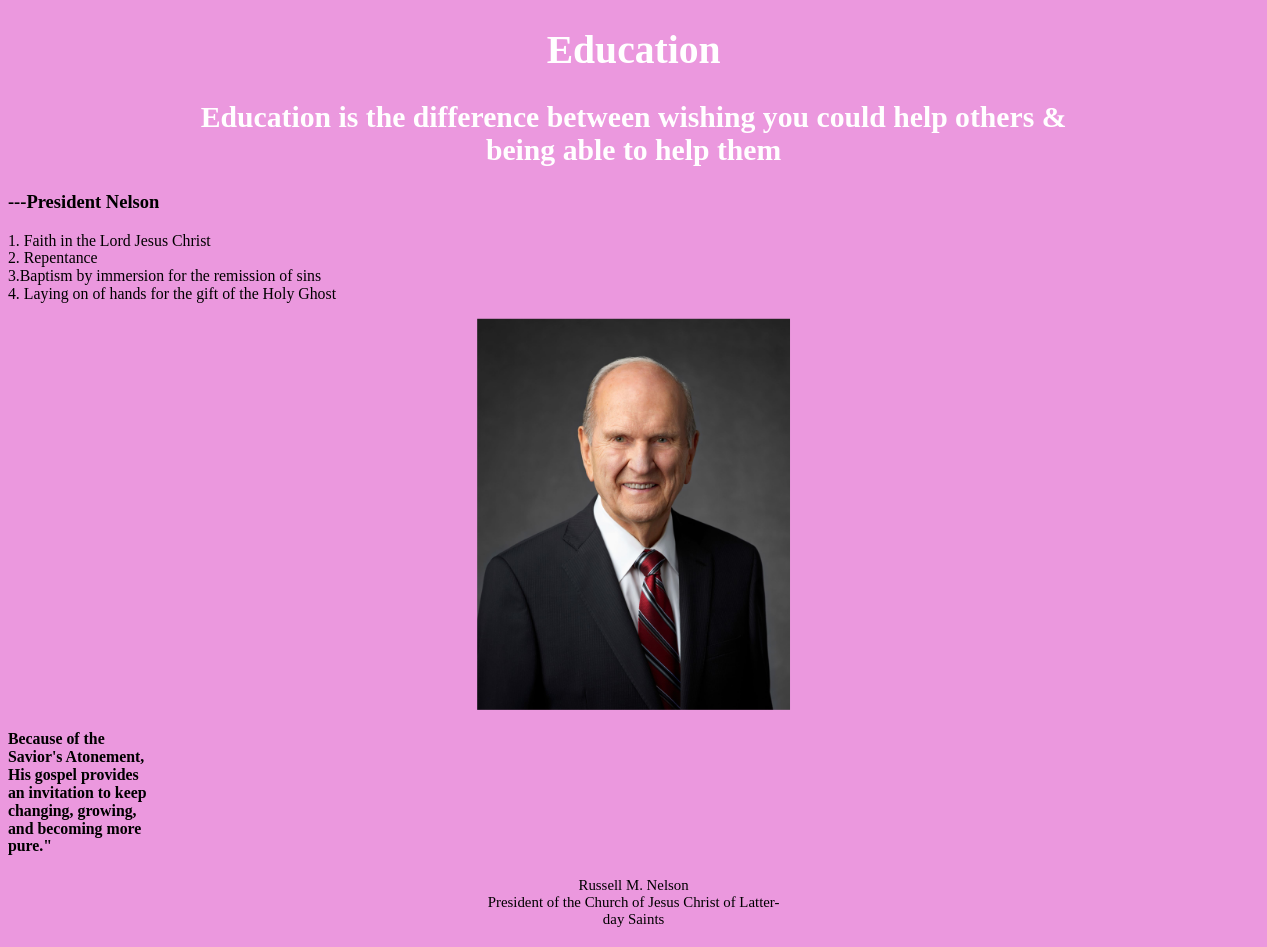
Repository: mszakutumela/wdd130
Page: W04_Challenge/index.html
These files come from the project's save history. The page is drawn as it stood at one moment and after a run of saves; the edit follows.
The browser window is 1280 px wide. The pictures show the whole page, at 99% of full size.

Above is the page before, as saved 2023-06-05 13:01:13.

### W04_Challenge/index.html
<!DOCTYPE html>
<html lang="en">
<head>
    <title>W04 Challenge</title>
    <link rel="stylesheet" href="styles/styles.css" />
</head>
<body>
    <main>
        <h1>Education</h1>
        <h2>Education is the difference between wishing you could help others & <br>
            being able to help them</h2>
        <h3>---President Nelson</h3>
        <p> 1. Faith in the Lord Jesus Christ <br>
            2. Repentance <br>
            3.Baptism by immersion for the remission of sins <br>
            4. Laying on of hands for the gift of the Holy Ghost</p>
        <img alt="Image of President Nelson" src="images/russell_nelson_official_portrait_2018.jpeg">
        <h4>Because of the <br>
            Savior's Atonement, <br>
            His gospel provides <br>
            an invitation to keep <br>
            changing, growing, <br>
            and becoming more <br>
            pure."</h4>
    </main>
    <footer>
        <p>Russell M. Nelson <br>
            President of the Church of Jesus Christ of Latter- <br>
            day Saints</p>
    </footer>

</body>
</html>

### W04_Challenge/styles/styles.css
body {
    /* text-align: center; */
    background-color: rgb(235, 152, 222);
    }
img {
    width: 25%;
    display: block;
    margin: 0 auto;
}
h1 {
    color: white;
    text-align: center;
    font-size: 40px;
    font-family: 'Franklin GArial;
}
p1 {
    color: white;
    text-align: right;
}
p2 {
    color: white;
    text-align: center;
}
p3 {
    color: black;
    /* text-align: center;   */
}
h2 {
    color: white;
    text-align: center;
    font-size: 30px;
}
footer p {
    font-size: 15px;
    margin: 20px auto;
    text-align: center;
}
}

After the next 4 saves:
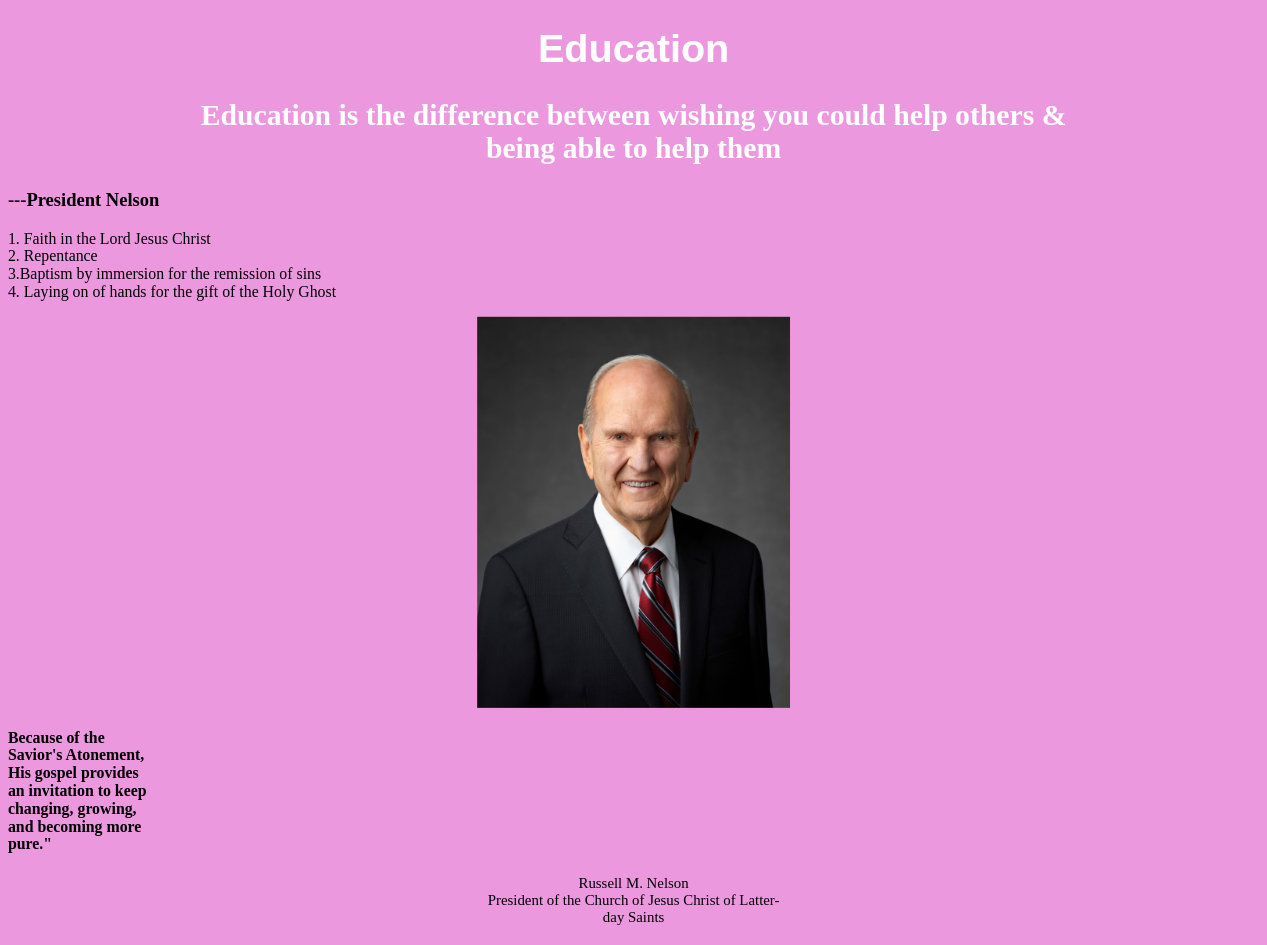
The 4 saves are shown as one change because they came seconds apart.
The last was saved 12 s later.
--- a/W04_Challenge/styles/styles.css
+++ b/W04_Challenge/styles/styles.css
@@ -11,7 +11,7 @@
     color: white;
     text-align: center;
     font-size: 40px;
-    font-family: 'Franklin GArial;
+    font-family: Arial;
 }
 p1 {
     color: white;

After the 2 saves that followed:
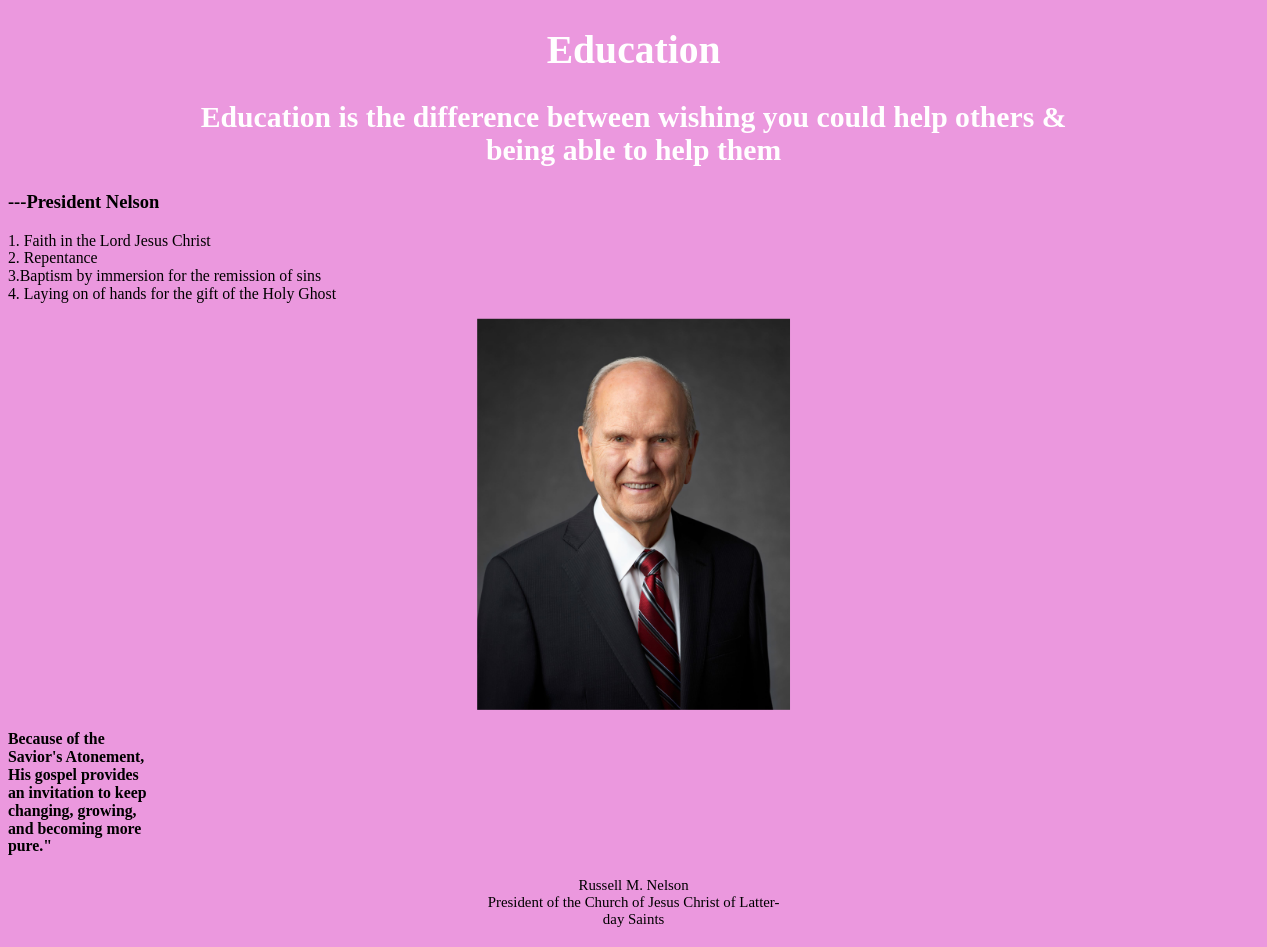
The 2 saves are shown as one change because they came seconds apart.
The last was saved 13 s later.
--- a/W04_Challenge/styles/styles.css
+++ b/W04_Challenge/styles/styles.css
@@ -11,7 +11,7 @@
     color: white;
     text-align: center;
     font-size: 40px;
-    font-family: Arial;
+    font-family: ;
 }
 p1 {
     color: white;
